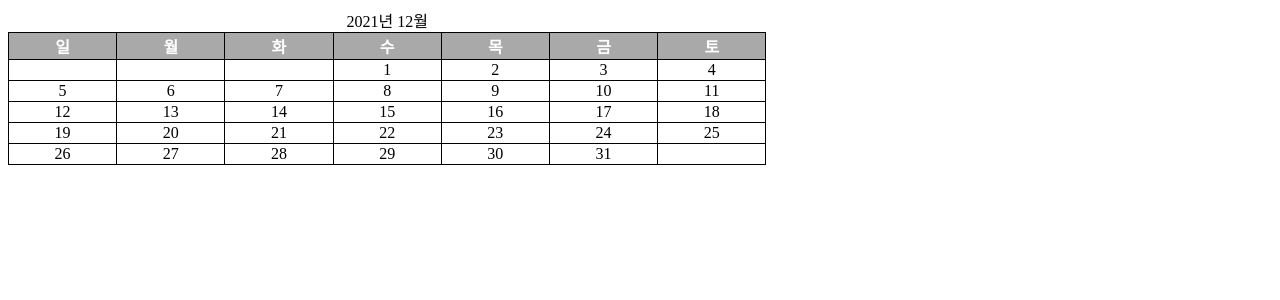
Repository: Jin0207/jsp
Page: http://localhost/day1210/calendarTest.jsp
The author's editor kept a copy of each file at every save. The page is drawn from the files as they stood at one save, then again after the next save.
The browser window is 1280 px wide. The pictures show the whole page.
The page is served by Tomcat 9.

Above is the page before, as saved 2021-12-10 06:22:51.

After the next save:
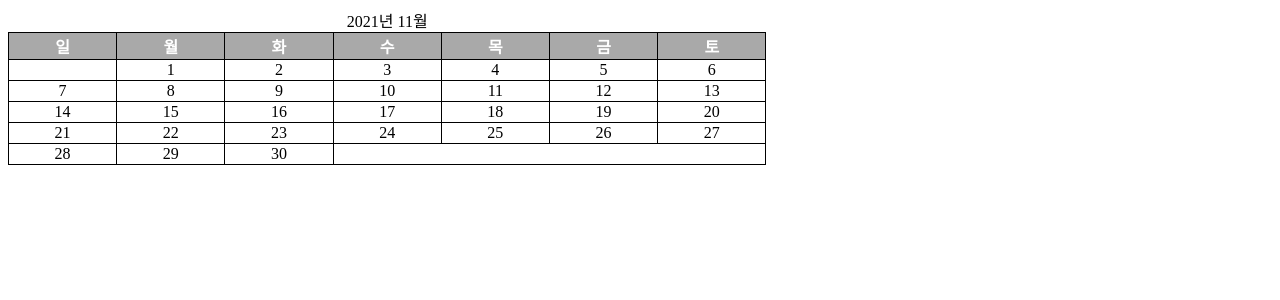
Saved 47 s later.
--- a/day1210/src/main/webapp/calendarTest.jsp
+++ b/day1210/src/main/webapp/calendarTest.jsp
@@ -27,7 +27,7 @@
 		String[] days = {"일","월","화","수","목","금","토"};
 		Date today = new Date();
 		int year = today.getYear();
-		int month = today.getMonth();
+		int month = 10;
 		Date day = new Date(year,month,1);
 		int firstDay = day.getDay();
 	%>

After the save that followed:
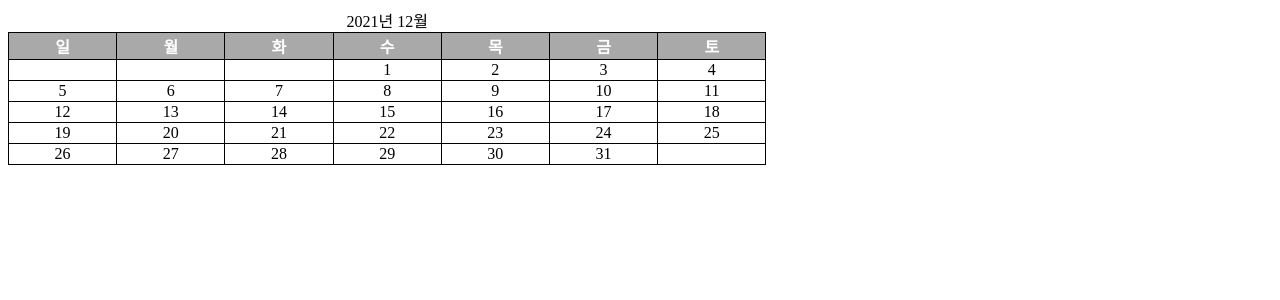
Saved 9 s later.
--- a/day1210/src/main/webapp/calendarTest.jsp
+++ b/day1210/src/main/webapp/calendarTest.jsp
@@ -27,7 +27,7 @@
 		String[] days = {"일","월","화","수","목","금","토"};
 		Date today = new Date();
 		int year = today.getYear();
-		int month = 10;
+		int month = today.getMonth();
 		Date day = new Date(year,month,1);
 		int firstDay = day.getDay();
 	%>
